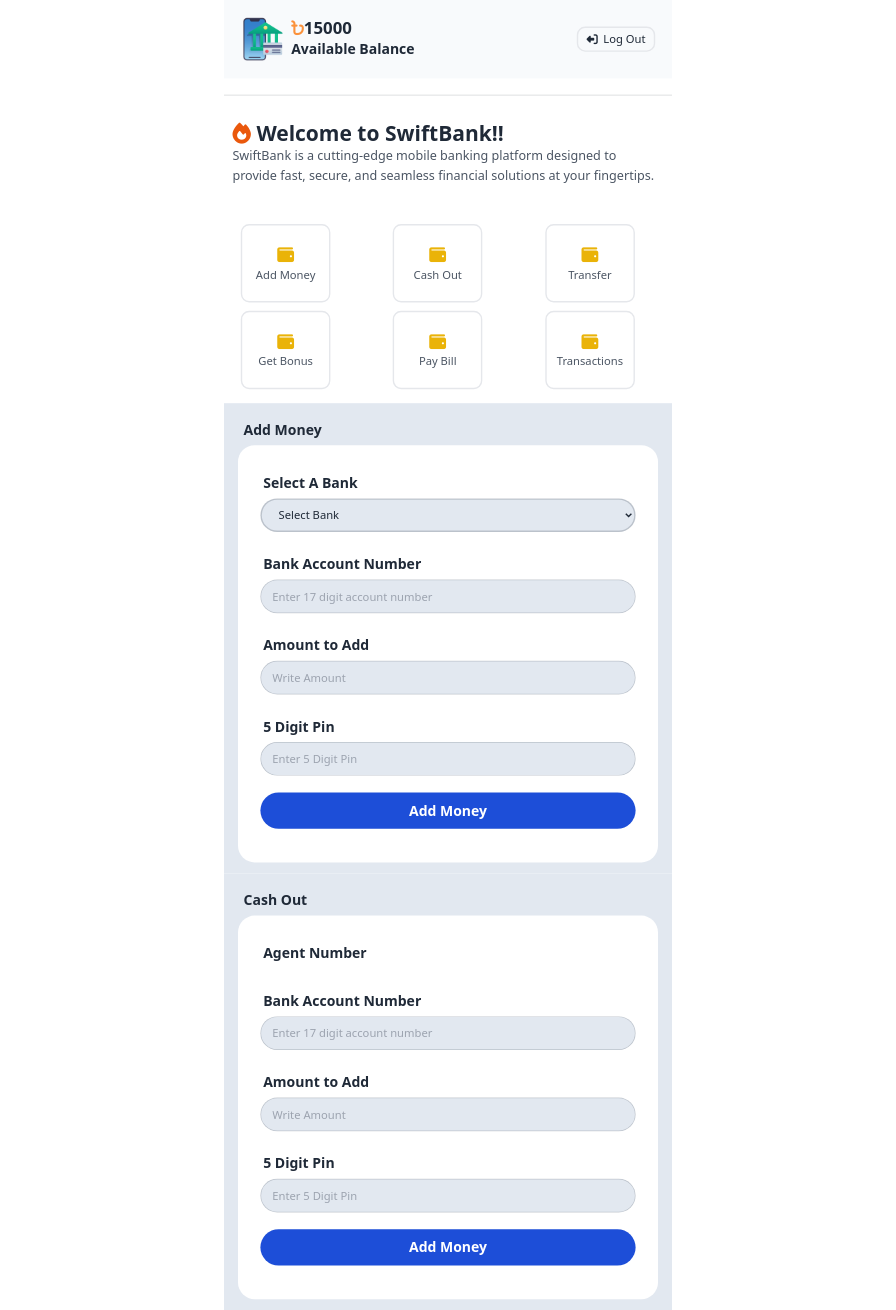
Repository: mukaddam-coder/swift-bank-mobile-banking
Page: home.html
The author's editor kept a copy of each file at every save. The page is drawn from the files as they stood at one save, then again after the next save.
The browser window is 1280 px wide. The pictures show the whole page, at 70% of full size.
Some web libraries are served in a nearby version.

Above is the page before, as saved 2024-12-13 03:49:23.

### home.html
<!DOCTYPE html>
<html lang="en">
<head>
    <meta charset="UTF-8">
    <meta name="viewport" content="width=device-width, initial-scale=1.0">
    <title>SwiftBank</title>
    <!-- Fontawesome CDN -->
    <script src="https://kit.fontawesome.com/c4e7b2ed2f.js" crossorigin="anonymous"></script>
    <!-- Google Fonts -->
    <link rel="preconnect" href="https://fonts.googleapis.com">
    <link rel="preconnect" href="https://fonts.gstatic.com" crossorigin>
    <link href="https://fonts.googleapis.com/css2?family=Montserrat:ital,wght@0,100..900;1,100..900&display=swap" rel="stylesheet">
    <!-- Tailwind + DaisyUi CDN -->
    <link href="https://cdn.jsdelivr.net/npm/daisyui@4.12.19/dist/full.min.css" rel="stylesheet" type="text/css" />
    <script src="https://cdn.tailwindcss.com"></script>

</head>
<body>

<main>
  <div class="w-1/2 mx-auto p-6 bg-slate-50 h-full flex justify-between items-center">
    <div class="flex gap-2">
        <!-- Logo -->
    <div>
    <img class="w-16 h-16" src="images/mobile-banking.png">
    </div>
    <div>
   <h2 class="text-2xl font-bold" id="main-balance">
   <i class="fa-solid fa-bangladeshi-taka-sign text-orange-400"></i>15000</h2>
   <p class="font-semibold text-xl">Available Balance</p>
</div>
</div>
<div>
<button class="border-2 w-28 px-1 py-1 rounded-xl"> <i class="fa-solid fa-right-from-bracket rotate-180 mr-2"></i>Log Out</button>
</div>
        </div>
    <div class="divider w-1/2 mx-auto"></div>
    <!-- Greetings Section -->
        <section class="w-1/2 mx-auto p-3">
            <h1 class="font-bold text-3xl"><i class="fa-solid fa-fire text-orange-600 text-3xl mr-2"></i>Welcome to SwiftBank!!</h1>
            <p class="text-gray-600 text-lg">
                SwiftBank is a cutting-edge mobile banking platform designed to provide fast, secure, and seamless financial solutions at your fingertips.
            </p>
        </section>
     <!-- User Actionable Dashboard -->

     <section class="w-1/2 mx-auto py-8 grid grid-cols-3 gap-3">

            <div class="w-32 h-28 ml-3 p-3">
                <button class="border-2 w-32 h-28 rounded-xl bg-white text-gray-600">
                    <p>
                <i class="fa-solid fa-wallet text-yellow-500 text-2xl"></i>
                    </p>
                Add Money
            </button>
                </div>
                <div class="w-32 h-28 ml-3 p-3">
                <button class="border-2 w-32 h-28 rounded-xl bg-white text-gray-600">
                    <p>
                <i class="fa-solid fa-wallet text-yellow-500 text-2xl"></i>
                    </p>
                Cash Out
            </button>
                </div>
                <div class="w-32 h-28 ml-3 p-3">
                <button class="border-2 w-32 h-28 rounded-xl bg-white text-gray-600">
                    <p>
                <i class="fa-solid fa-wallet text-2xl text-yellow-500"></i>
                    </p>
                Transfer
            </button>
                </div>
                <div class="w-32 h-28 ml-3 p-3">
                <button class="border-2 w-32 h-28 rounded-xl bg-white text-gray-600">
                    <p>
                <i class="fa-solid fa-wallet text-2xl text-yellow-500"></i>
                    </p>
                Get Bonus
            </button>
                </div>
                <div class="w-32 h-28 ml-3 p-3">
                <button class="border-2 w-32 h-28 rounded-xl bg-white text-gray-600">
                    <p>
                <i class="fa-solid fa-wallet text-2xl text-yellow-500"></i>
                    </p>
                Pay Bill
            </button>
                </div>
                <div class="w-32 h-28 ml-3 p-3">
                <button class="border-2 w-32 h-28 rounded-xl bg-white text-gray-600">
                    <p>
                <i class="fa-solid fa-wallet text-2xl text-yellow-500"></i>
                    </p>
                Transactions
            </button>
    </div>
      </section>
      <!-- Add Money Section Start -->
      <section class="w-1/2 mx-auto px-5 py-4 bg-slate-200">
        <h2 class="p-2 font-bold text-xl">Add Money</h2>
        <form class="card-body bg-white rounded-3xl">
            <div class="form-control mb-4">
              <label class="label">
                <span class="label-text font-semibold text-xl">Select A Bank</span>
              </label>
              <select id="bank"  class="input-bordered rounded-full bg-slate-200 h-12 px-5 border-2">
                <option value="Select Bank">Select Bank</option>
                <option value="AB Bank PLC">AB Bank PLC</option>
                <option value="Bangladesh Commerce Bank Limited">Bangladesh Commerce Bank Limited</option>
                <option value="Islami Bank Bangladesh PLC">Islami Bank Bangladesh PLC</option>
                <option value="Dutch-Bangla Bank PLC">Dutch-Bangla Bank PLC</option>
                <option value="Jamuna Bank Limited">Jamuna Bank Limited</option>
                <option value="Trust Bank PLC">Trust Bank PLC</option>
              </select>
              </div>

            <div class="form-control mb-4">
              <label class="label">
                <span class="label-text font-semibold text-xl">Bank Account Number</span>
              </label>
              <input id="input-bank-account-field" type="text" placeholder="Enter 17 digit account number" class="input input-bordered rounded-full bg-slate-200" required />

            </div>
            <div class="form-control mb-4">
              <label class="label">
                <span class="label-text font-semibold text-xl">Amount to Add</span>
              </label>
              <input id="input-amount-field" type="text" placeholder="Write Amount" class="input input-bordered rounded-full bg-slate-200" required />

            </div>
            <div class="form-control mb-4">
              <label class="label">
                <span class="label-text font-semibold text-xl">5 Digit Pin</span>
              </label>
              <input id="input-add-money-pin-number" type="password" placeholder="Enter 5 Digit Pin" class="input input-bordered rounded-full bg-slate-200" required />

            </div>


            <div class="form-control mb-4">
              <button id="btn-add-money" class="bg-blue-700 font-bold text-xl text-white p-3 rounded-full">Add Money</button>
            </div>
          </form>
      </section>
      <!-- Add Money Section End -->

      <!-- Cash Out Section Start -->
      <section class="w-1/2 mx-auto px-5 py-4 bg-slate-200">
        <h2 class="p-2 font-bold text-xl">Cash Out</h2>
        <form class="card-body bg-white rounded-3xl">
            <div class="form-control mb-4">
              <label class="label">
                <span class="label-text font-semibold text-xl">Agent Number</span>
              </label>

              </div>

            <div class="form-control mb-4">
              <label class="label">
                <span class="label-text font-semibold text-xl">Bank Account Number</span>
              </label>
              <input id="input-bank-account-field" type="text" placeholder="Enter 17 digit account number" class="input input-bordered rounded-full bg-slate-200" required />

            </div>
            <div class="form-control mb-4">
              <label class="label">
                <span class="label-text font-semibold text-xl">Amount to Add</span>
              </label>
              <input id="input-amount-field" type="text" placeholder="Write Amount" class="input input-bordered rounded-full bg-slate-200" required />

            </div>
            <div class="form-control mb-4">
              <label class="label">
                <span class="label-text font-semibold text-xl">5 Digit Pin</span>
              </label>
              <input id="input-add-money-pin-number" type="password" placeholder="Enter 5 Digit Pin" class="input input-bordered rounded-full bg-slate-200" required />

            </div>


            <div class="form-control mb-4">
              <button id="btn-add-money" class="bg-blue-700 font-bold text-xl text-white p-3 rounded-full">Add Money</button>
            </div>
          </form>
      </section>

      <!-- Cash Out Section End -->
      <script src="Jscript/utilities.js"></script>
      <script src="Jscript/add-money.js"></script>
       </main>

</body>
</html>

### Jscript/add-money.js
document.getElementById('btn-add-money').addEventListener('click', function(event){
    event.preventDefault();
   const addMoney = getInputFieldValueById('input-amount-field');
   const pinNumber = getInputFieldValueById('input-add-money-pin-number');
   const bankAccNumber = getInputFieldValueById('input-bank-account-field');
   const mainBalance = getTextFieldValueById('main-balance');

    if(isNaN(addMoney)){
        alert('Please enter a positive number to add money.');
        return;
    }

    if(addMoney <= 0 ){
        alert('Please enter a positive number to add money.')
    }

   if(pinNumber === 19945 && bankAccNumber === 20501400204694805){
        const newBalance = mainBalance + addMoney;
        document.getElementById('main-balance').innerText = newBalance;
   }
   else{
    alert('Failed to add money!Please try again.')
   }
})

Loaded but not shown: Jscript/utilities.js (no copy from this time; the picture is the same without it)

After the next save:
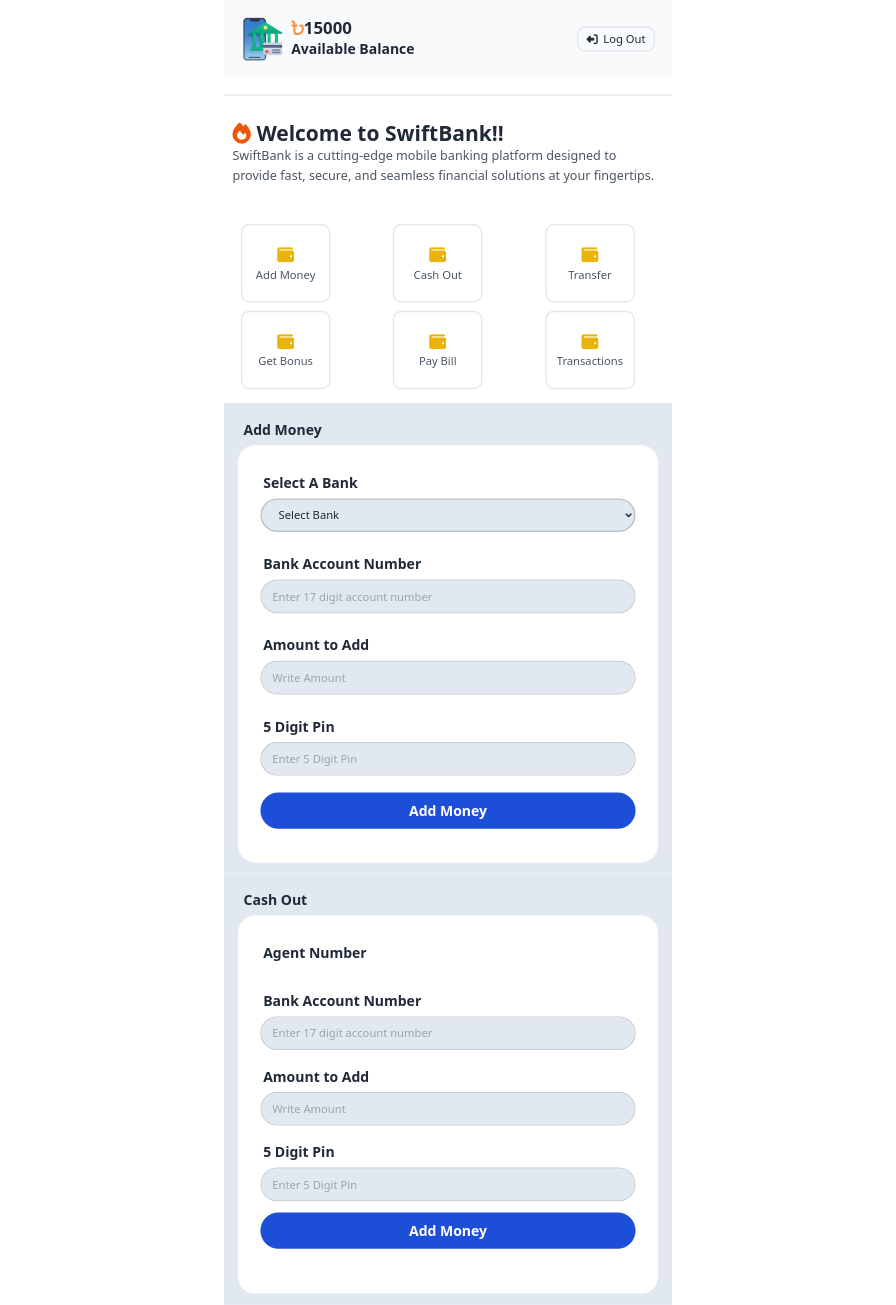
Saved 27 s later.
--- a/home.html
+++ b/home.html
@@ -152,7 +152,7 @@
               <label class="label">
                 <span class="label-text font-semibold text-xl">Agent Number</span>
               </label>
-
+              <input type="text" placeholder=""
               </div>
 
             <div class="form-control mb-4">
